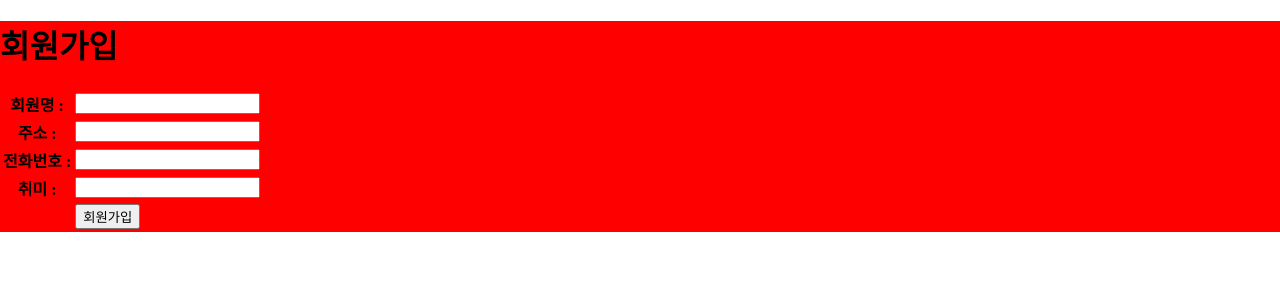
Repository: nameisris/jsp_workspace
Page: JspProject/src/main/webapp/memReg.html
These files come from the project's save history. The page is drawn as it stood at one moment and after a run of saves; the edit follows.
The browser window is 1280 px wide. The pictures show the whole page.

Above is the page before, as saved 2023-09-19 05:22:52.

After the next 2 saves:
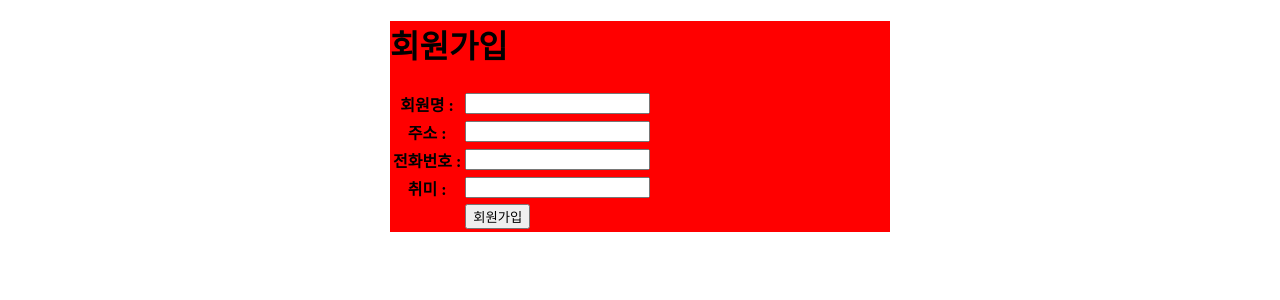
The 2 saves are shown as one change because they came seconds apart.
The last was saved 78 s later.
--- a/JspProject/src/main/webapp/memReg.html
+++ b/JspProject/src/main/webapp/memReg.html
@@ -5,7 +5,12 @@
 <title>Insert title here</title>
 <style type="text/css">
 	body { margin:auto; }
-	div { background-color: red; }
+	div {
+		width: 500px;
+		background-color: red;
+		margin: auto;
+		padding: auto;
+	}
 </style>
 </head>
 <body>
